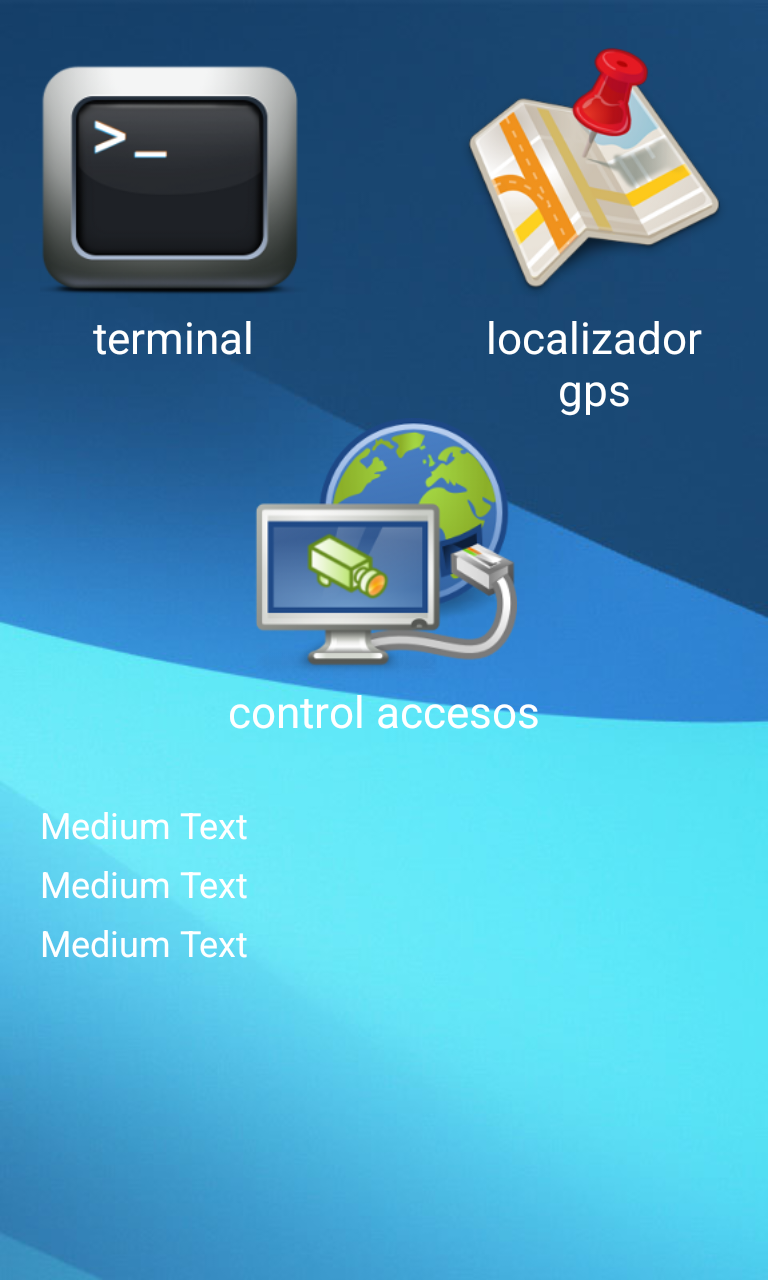
Repository: jonatansantos/Android-Server-Status
Layout: desarrollo/Principal/res/layout/main.xml
These files come from the project's save history. The layout is drawn as it stood at one moment and after the next save; the edit follows.
It is drawn on a 768 x 1280 px phone screen (xhdpi) without system bars, with theme android:Theme; the app's code is not run.

Above is the layout before, as saved 2012-06-01 12:08:01.

After the next save:
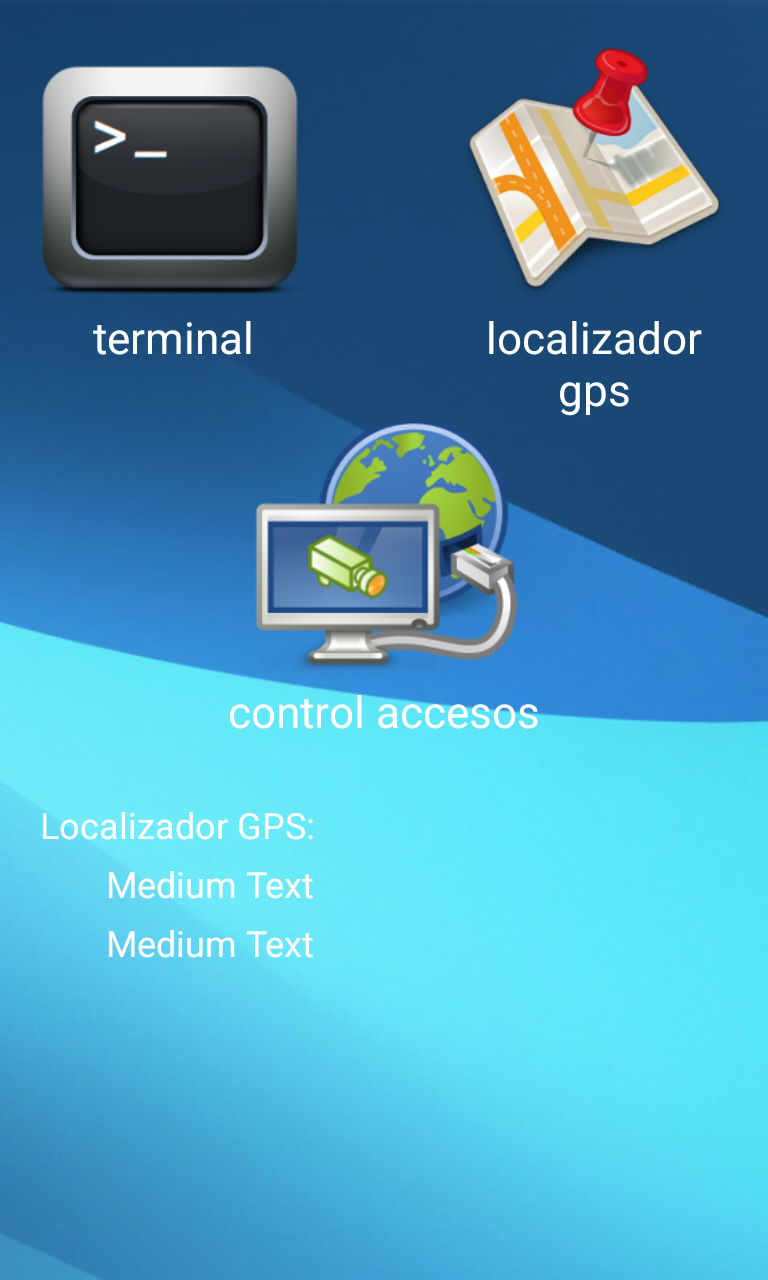
Saved 34 s later.
--- a/desarrollo/Principal/res/layout/main.xml
+++ b/desarrollo/Principal/res/layout/main.xml
@@ -86,7 +86,7 @@
         android:layout_alignParentLeft="true"
         android:layout_below="@+id/tv_menu_servidor"
         android:layout_marginTop="30dp"
-        android:text="Medium Text"
+        android:text="Localizador GPS:"
         android:textAppearance="?android:attr/textAppearanceMedium" />
 
 
